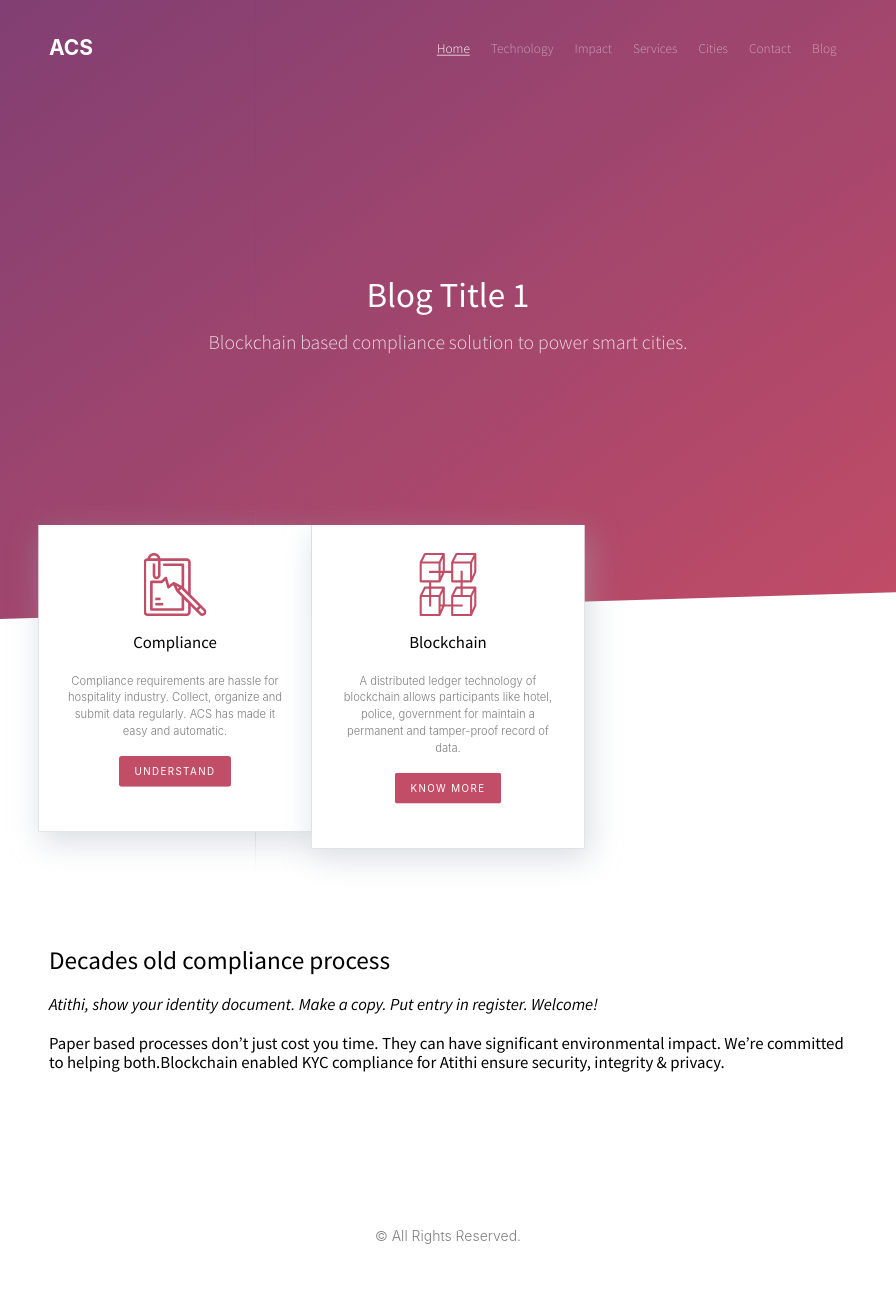
Repository: agarwalrahul-22/acs
Page: /blog
The author's editor kept a copy of each file at every save. The page is drawn from the files as they stood at one save, then again after the next save.
The browser window is 1280 px wide. The pictures show the whole page, at 70% of full size.
Some web fonts or font styles are not loaded; a fallback is used. The project was rebuilt for these pictures with package versions that can differ from the ones it lists, and the page was loaded fresh each time. Also part of the build but not shown: src/components/main/LandingComponent.js, src/components/main/TechComponent.js, src/components/main/ImpactComponent.js, src/components/main/ServicesComponent.js, src/components/main/CitiesComponent.js, src/components/MainComponent.js.

Above is the page before, as saved 2022-10-10 21:08:13.

### public/index.html
<!DOCTYPE html>
<html lang="en">
  <head>
    <meta charset="utf-8" />
    <link rel="icon" href="%PUBLIC_URL%/favicon.ico" />
    <meta name="viewport" content="width=device-width, initial-scale=1" />
    <meta name="theme-color" content="#000000" />
    <meta name="description" content="Blockchain based Atithi Compliance System" />
    <link rel="apple-touch-icon" href="%PUBLIC_URL%/logo192.png" />
    <link href='https://fonts.googleapis.com/css?family=Source+Sans+Pro:400,300,600,400italic,700' rel='stylesheet'
      type='text/css'>
    <link rel="stylesheet" href="css/animate.css">
    <link rel="stylesheet" href="css/icomoon.css">
    <link rel="stylesheet" href="css/simple-line-icons.css">
    <link rel="stylesheet" href="css/magnific-popup.css">
    <link rel="stylesheet" href="css/bootstrap.css">
    <link rel="stylesheet" href="css/style3.css">
    <!--
      manifest.json provides metadata used when your web app is installed on a
      user's mobile device or desktop. See https://developers.google.com/web/fundamentals/web-app-manifest/
    -->
    <link rel="manifest" href="%PUBLIC_URL%/manifest.json" />
    <!--
      Notice the use of %PUBLIC_URL% in the tags above.
      It will be replaced with the URL of the `public` folder during the build.
      Only files inside the `public` folder can be referenced from the HTML.

      Unlike "/favicon.ico" or "favicon.ico", "%PUBLIC_URL%/favicon.ico" will
      work correctly both with client-side routing and a non-root public URL.
      Learn how to configure a non-root public URL by running `npm run build`.
    -->
    <title>Atithi Compliance System</title>
  </head>
  <body>
    <noscript>You need to enable JavaScript to run this app.</noscript>
    <div id="root"></div>
    <!--
      This HTML file is a template.
      If you open it directly in the browser, you will see an empty page.

      You can add webfonts, meta tags, or analytics to this file.
      The build step will place the bundled scripts into the <body> tag.

      To begin the development, run `npm start` or `yarn start`.
      To create a production bundle, use `npm run build` or `yarn build`.
    -->
  </body>
</html>

### src/components/BlogComponent.js
import React from 'react'
import report from "../images/report.svg";
import blockchain from "../images/blockchain.svg";
import img7 from "../images/img_7.jpg";
import img8 from "../images/img_8.jpg";
import img10 from "../images/img_10.jpg";
import fullimage2 from "../images/full_image_2.jpg";
function BlogComponent() {
  return (
    <div>
      <section
        id="fh5co-home"
        data-section="home"
        style={{ backgroundImage: { fullimage2 } }}
        data-stellar-background-ratio="0.5"
      >
        <div className="gradient"></div>
        <div className="container">
          <div className="text-wrap">
            <div className="text-inner">
              <h1 className="to-animate">Blog Title 1</h1>
              <h2 className="to-animate">
                Blockchain based compliance solution to power smart cities.
              </h2>
            </div>
          </div>
        </div>
        <div className="slant"></div>
      </section>
      <section id="fh5co-intro">
        <div className="container">
          <div className="row row-bottom-padded-lg">
            <div
              className="fh5co-block to-animate"
              style={{ backgroundImage: { img7 } }}
            >
              <div className="overlay-darker"></div>
              <div className="overlay"></div>
              <div className="fh5co-text">
                <img src={report} style={{ width: 90, height: 90 }} alt="" />
                <p></p>
                <h2>Compliance</h2>
                <p>
                  Compliance requirements are hassle for hospitality industry.
                  Collect, organize and submit data regularly. ACS has made it
                  easy and automatic.
                </p>
                <p>
                  <a href="#" className="btn btn-primary">
                    Understand
                  </a>
                </p>
              </div>
            </div>
            <div
              className="fh5co-block to-animate"
              style={{ backgroundImage: { img8 } }}
            >
              <div className="overlay-darker"></div>
              <div className="overlay"></div>
              <div className="fh5co-text">
                <img
                  src={blockchain}
                  style={{ width: 90, height: 90 }}
                  alt=""
                />
                <p></p>
                <h2>Blockchain</h2>
                <p>
                  A distributed ledger technology of blockchain allows
                  participants like hotel, police, government for maintain a
                  permanent and tamper-proof record of data.
                </p>
                <p>
                  <a href="#" className="btn btn-primary">
                    Know More
                  </a>
                </p>
              </div>
            </div>

          </div>
          <div>
            <h1>Decades old compliance process</h1>
            <h3>
              <i>
                Atithi, show your identity document. Make a copy. Put entry in
                register. Welcome!
              </i>
            </h3>
            <h3>
              Paper based processes don’t just cost you time. They can have
              significant environmental impact. We’re committed to helping
              both.Blockchain enabled KYC compliance for Atithi ensure security,
              integrity & privacy.
            </h3>
          </div>
        </div>
      </section>
    </div>
  );
}

export default BlogComponent;

### public/css/simple-line-icons.css
@font-face {
  font-family: 'simple-line-icons';
  src:  url('../fonts/simple-line-icons/Simple-Line-Icons.eot?v=2.2.2');
  src:  url('../fonts/simple-line-icons/Simple-Line-Icons.eot?#iefix&v=2.2.2') format('embedded-opentype'),
        url('../fonts/simple-line-icons/Simple-Line-Icons.ttf?v=2.2.2') format('truetype'),
        url('../fonts/simple-line-icons/Simple-Line-Icons.woff2?v=2.2.2') format('woff2'),
        url('../fonts/simple-line-icons/Simple-Line-Icons.woff?v=2.2.2') format('woff'),
        url('../fonts/simple-line-icons/Simple-Line-Icons.svg?v=2.2.2#simple-line-icons') format('svg');
  font-weight: normal;
  font-style: normal;
}
/*
 Use the following CSS code if you want to have a class per icon.
 Instead of a list of all class selectors, you can use the generic [class*="icon-"] selector, but it's slower:
*/
.icon-user,
.icon-people,
.icon-user-female,
.icon-user-follow,
.icon-user-following,
.icon-user-unfollow,
.icon-login,
.icon-logout,
.icon-emotsmile,
.icon-phone,
.icon-call-end,
.icon-call-in,
.icon-call-out,
.icon-map,
.icon-location-pin,
.icon-direction,
.icon-directions,
.icon-compass,
.icon-layers,
.icon-menu,
.icon-list,
.icon-options-vertical,
.icon-options,
.icon-arrow-down,
.icon-arrow-left,
.icon-arrow-right,
.icon-arrow-up,
.icon-arrow-up-circle,
.icon-arrow-left-circle,
.icon-arrow-right-circle,
.icon-arrow-down-circle,
.icon-check,
.icon-clock,
.icon-plus,
.icon-close,
.icon-trophy,
.icon-screen-smartphone,
.icon-screen-desktop,
.icon-plane,
.icon-notebook,
.icon-mustache,
.icon-mouse,
.icon-magnet,
.icon-energy,
.icon-disc,
.icon-cursor,
.icon-cursor-move,
.icon-crop,
.icon-chemistry,
.icon-speedometer,
.icon-shield,
.icon-screen-tablet,
.icon-magic-wand,
.icon-hourglass,
.icon-graduation,
.icon-ghost,
.icon-game-controller,
.icon-fire,
.icon-eyeglass,
.icon-envelope-open,
.icon-envelope-letter,
.icon-bell,
.icon-badge,
.icon-anchor,
.icon-wallet,
.icon-vector,
.icon-speech,
.icon-puzzle,
.icon-printer,
.icon-present,
.icon-playlist,
.icon-pin,
.icon-picture,
.icon-handbag,
.icon-globe-alt,
.icon-globe,
.icon-folder-alt,
.icon-folder,
.icon-film,
.icon-feed,
.icon-drop,
.icon-drawar,
.icon-docs,
.icon-doc,
.icon-diamond,
.icon-cup,
.icon-calculator,
.icon-bubbles,
.icon-briefcase,
.icon-book-open,
.icon-basket-loaded,
.icon-basket,
.icon-bag,
.icon-action-undo,
.icon-action-redo,
.icon-wrench,
.icon-umbrella,
.icon-trash,
.icon-tag,
.icon-support,
.icon-frame,
.icon-size-fullscreen,
.icon-size-actual,
.icon-shuffle,
.icon-share-alt,
.icon-share,
.icon-rocket,
.icon-question,
.icon-pie-chart,
.icon-pencil,
.icon-note,
.icon-loop,
.icon-home,
.icon-grid,
.icon-graph,
.icon-microphone,
.icon-music-tone-alt,
.icon-music-tone,
.icon-earphones-alt,
.icon-earphones,
.icon-equalizer,
.icon-like,
.icon-dislike,
.icon-control-start,
.icon-control-rewind,
.icon-control-play,
.icon-control-pause,
.icon-control-forward,
.icon-control-end,
.icon-volume-1,
.icon-volume-2,
.icon-volume-off,
.icon-calendar,
.icon-bulb,
.icon-chart,
.icon-ban,
.icon-bubble,
.icon-camrecorder,
.icon-camera,
.icon-cloud-download,
.icon-cloud-upload,
.icon-envelope,
.icon-eye,
.icon-flag,
.icon-heart,
.icon-info,
.icon-key,
.icon-link,
.icon-lock,
.icon-lock-open,
.icon-magnifier,
.icon-magnifier-add,
.icon-magnifier-remove,
.icon-paper-clip,
.icon-paper-plane,
.icon-power,
.icon-refresh,
.icon-reload,
.icon-settings,
.icon-star,
.icon-symble-female,
.icon-symbol-male,
.icon-target,
.icon-credit-card,
.icon-paypal,
.icon-social-tumblr,
.icon-social-twitter,
.icon-social-facebook,
.icon-social-instagram,
.icon-social-linkedin,
.icon-social-pinterest,
.icon-social-github,
.icon-social-gplus,
.icon-social-reddit,
.icon-social-skype,
.icon-social-dribbble,
.icon-social-behance,
.icon-social-foursqare,
.icon-social-soundcloud,
.icon-social-spotify,
.icon-social-stumbleupon,
.icon-social-youtube,
.icon-social-dropbox {
  font-family: 'simple-line-icons';
  speak: none;
  font-style: normal;
  font-weight: normal;
  font-variant: normal;
  text-transform: none;
  line-height: 1;
  /* Better Font Rendering =========== */
  -webkit-font-smoothing: antialiased;
  -moz-osx-font-smoothing: grayscale;
}
.icon-user:before {
  content: "\e005";
}
.icon-people:before {
  content: "\e001";
}
.icon-user-female:before {
  content: "\e000";
}
.icon-user-follow:before {
  content: "\e002";
}
.icon-user-following:before {
  content: "\e003";
}
.icon-user-unfollow:before {
  content: "\e004";
}
.icon-login:before {
  content: "\e066";
}
.icon-logout:before {
  content: "\e065";
}
.icon-emotsmile:before {
  content: "\e021";
}
.icon-phone:before {
  content: "\e600";
}
.icon-call-end:before {
  content: "\e048";
}
.icon-call-in:before {
  content: "\e047";
}
.icon-call-out:before {
  content: "\e046";
}
.icon-map:before {
  content: "\e033";
}
.icon-location-pin:before {
  content: "\e096";
}
.icon-direction:before {
  content: "\e042";
}
.icon-directions:before {
  content: "\e041";
}
.icon-compass:before {
  content: "\e045";
}
.icon-layers:before {
  content: "\e034";
}
.icon-menu:before {
  content: "\e601";
}
.icon-list:before {
  content: "\e067";
}
.icon-options-vertical:before {
  content: "\e602";
}
.icon-options:before {
  content: "\e603";
}
.icon-arrow-down:before {
  content: "\e604";
}
.icon-arrow-left:before {
  content: "\e605";
}
.icon-arrow-right:before {
  content: "\e606";
}
.icon-arrow-up:before {
  content: "\e607";
}
.icon-arrow-up-circle:before {
  content: "\e078";
}
.icon-arrow-left-circle:before {
  content: "\e07a";
}
.icon-arrow-right-circle:before {
  content: "\e079";
}
.icon-arrow-down-circle:before {
  content: "\e07b";
}
.icon-check:before {
  content: "\e080";
}
.icon-clock:before {
  content: "\e081";
}
.icon-plus:before {
  content: "\e095";
}
.icon-close:before {
  content: "\e082";
}
.icon-trophy:before {
  content: "\e006";
}
.icon-screen-smartphone:before {
  content: "\e010";
}
.icon-screen-desktop:before {
  content: "\e011";
}
.icon-plane:before {
  content: "\e012";
}
.icon-notebook:before {
  content: "\e013";
}
.icon-mustache:before {
  content: "\e014";
}
.icon-mouse:before {
  content: "\e015";
}
.icon-magnet:before {
  content: "\e016";
}
.icon-energy:before {
  content: "\e020";
}
.icon-disc:before {
  content: "\e022";
}
.icon-cursor:before {
  content: "\e06e";
}
.icon-cursor-move:before {
  content: "\e023";
}
.icon-crop:before {
  content: "\e024";
}
.icon-chemistry:before {
  content: "\e026";
}
.icon-speedometer:before {
  content: "\e007";
}
.icon-shield:before {
  content: "\e00e";
}
.icon-screen-tablet:before {
  content: "\e00f";
}
.icon-magic-wand:before {
  content: "\e017";
}
.icon-hourglass:before {
  content: "\e018";
}
.icon-graduation:before {
  content: "\e019";
}
.icon-ghost:before {
  content: "\e01a";
}
.icon-game-controller:before {
  content: "\e01b";
}
.icon-fire:before {
  content: "\e01c";
}
.icon-eyeglass:before {
  content: "\e01d";
}
.icon-envelope-open:before {
  content: "\e01e";
}
.icon-envelope-letter:before {
  content: "\e01f";
}
.icon-bell:before {
  content: "\e027";
}
.icon-badge:before {
  content: "\e028";
}
.icon-anchor:before {
  content: "\e029";
}
.icon-wallet:before {
  content: "\e02a";
}
.icon-vector:before {
  content: "\e02b";
}
.icon-speech:before {
  content: "\e02c";
}
.icon-puzzle:before {
  content: "\e02d";
}
.icon-printer:before {
  content: "\e02e";
}
.icon-present:before {
  content: "\e02f";
}
.icon-playlist:before {
  content: "\e030";
}
.icon-pin:before {
  content: "\e031";
}
.icon-picture:before {
  content: "\e032";
}
.icon-handbag:before {
  content: "\e035";
}
.icon-globe-alt:before {
  content: "\e036";
}
.icon-globe:before {
  content: "\e037";
}
.icon-folder-alt:before {
  content: "\e039";
}
.icon-folder:before {
  content: "\e089";
}
.icon-film:before {
  content: "\e03a";
}
.icon-feed:before {
  content: "\e03b";
}
.icon-drop:before {
  content: "\e03e";
}
.icon-drawar:before {
  content: "\e03f";
}
.icon-docs:before {
  content: "\e040";
}
.icon-doc:before {
  content: "\e085";
}
.icon-diamond:before {
  content: "\e043";
}
.icon-cup:before {
  content: "\e044";
}
.icon-calculator:before {
  content: "\e049";
}
.icon-bubbles:before {
  content: "\e04a";
}
.icon-briefcase:before {
  content: "\e04b";
}
.icon-book-open:before {
  content: "\e04c";
}
.icon-basket-loaded:before {
  content: "\e04d";
}
.icon-basket:before {
  content: "\e04e";
}
.icon-bag:before {
  content: "\e04f";
}
.icon-action-undo:before {
  content: "\e050";
}
.icon-action-redo:before {
  content: "\e051";
}
.icon-wrench:before {
  content: "\e052";
}
.icon-umbrella:before {
  content: "\e053";
}
.icon-trash:before {
  content: "\e054";
}
.icon-tag:before {
  content: "\e055";
}
.icon-support:before {
  content: "\e056";
}
.icon-frame:before {
  content: "\e038";
}
.icon-size-fullscreen:before {
  content: "\e057";
}
.icon-size-actual:before {
  content: "\e058";
}
.icon-shuffle:before {
  content: "\e059";
}
.icon-share-alt:before {
  content: "\e05a";
}
.icon-share:before {
  content: "\e05b";
}
.icon-rocket:before {
  content: "\e05c";
}
.icon-question:before {
  content: "\e05d";
}
.icon-pie-chart:before {
  content: "\e05e";
}
.icon-pencil:before {
  content: "\e05f";
}
.icon-note:before {
  content: "\e060";
}
.icon-loop:before {
  content: "\e064";
}
.icon-home:before {
  content: "\e069";
}
.icon-grid:before {
  content: "\e06a";
}
.icon-graph:before {
  content: "\e06b";
}
.icon-microphone:before {
  content: "\e063";
}
.icon-music-tone-alt:before {
  content: "\e061";
}
.icon-music-tone:before {
  content: "\e062";
}
.icon-earphones-alt:before {
  content: "\e03c";
}
.icon-earphones:before {
  content: "\e03d";
}
.icon-equalizer:before {
  content: "\e06c";
}
.icon-like:before {
  content: "\e068";
}
.icon-dislike:before {
  content: "\e06d";
}
.icon-control-start:before {
  content: "\e06f";
}
.icon-control-rewind:before {
  content: "\e070";
}
.icon-control-play:before {
  content: "\e071";
}
.icon-control-pause:before {
  content: "\e072";
}
.icon-control-forward:before {
  content: "\e073";
}
.icon-control-end:before {
  content: "\e074";
}
.icon-volume-1:before {
  content: "\e09f";
}
.icon-volume-2:before {
  content: "\e0a0";
}
.icon-volume-off:before {
  content: "\e0a1";
}
.icon-calendar:before {
  content: "\e075";
}
.icon-bulb:before {
  content: "\e076";
}
.icon-chart:before {
  content: "\e077";
}
.icon-ban:before {
  content: "\e07c";
}
.icon-bubble:before {
  content: "\e07d";
}
.icon-camrecorder:before {
  content: "\e07e";
}
.icon-camera:before {
  content: "\e07f";
}
.icon-cloud-download:before {
  content: "\e083";
}
.icon-cloud-upload:before {
  content: "\e084";
}
.icon-envelope:before {
  content: "\e086";
}
.icon-eye:before {
  content: "\e087";
}
.icon-flag:before {
  content: "\e088";
}
.icon-heart:before {
  content: "\e08a";
}
.icon-info:before {
  content: "\e08b";
}
.icon-key:before {
  content: "\e08c";
}
.icon-link:before {
  content: "\e08d";
}
.icon-lock:before {
  content: "\e08e";
}
.icon-lock-open:before {
  content: "\e08f";
}
.icon-magnifier:before {
  content: "\e090";
}
.icon-magnifier-add:before {
  content: "\e091";
}
.icon-magnifier-remove:before {
  content: "\e092";
}
.icon-paper-clip:before {
  content: "\e093";
}
.icon-paper-plane:before {
  content: "\e094";
}
.icon-power:before {
  content: "\e097";
}
.icon-refresh:before {
  content: "\e098";
}
.icon-reload:before {
  content: "\e099";
}
.icon-settings:before {
  content: "\e09a";
}
.icon-star:before {
  content: "\e09b";
}
.icon-symble-female:before {
  content: "\e09c";
}
.icon-symbol-male:before {
  content: "\e09d";
}
.icon-target:before {
  content: "\e09e";
}
.icon-credit-card:before {
  content: "\e025";
}
.icon-paypal:before {
  content: "\e608";
}
.icon-social-tumblr:before {
  content: "\e00a";
}
.icon-social-twitter:before {
  content: "\e009";
}
.icon-social-facebook:before {
  content: "\e00b";
}
.icon-social-instagram:before {
  content: "\e609";
}
.icon-social-linkedin:before {
  content: "\e60a";
}
.icon-social-pinterest:before {
  content: "\e60b";
}
.icon-social-github:before {
  content: "\e60c";
}
.icon-social-gplus:before {
  content: "\e60d";
}
.icon-social-reddit:before {
  content: "\e60e";
}
.icon-social-skype:before {
  content: "\e60f";
}
.icon-social-dribbble:before {
  content: "\e00d";
}
.icon-social-behance:before {
  content: "\e610";
}
.icon-social-foursqare:before {
  content: "\e611";
}
.icon-social-soundcloud:before {
  content: "\e612";
}
.icon-social-spotify:before {
  content: "\e613";
}
.icon-social-stumbleupon:before {
  content: "\e614";
}
.icon-social-youtube:before {
  content: "\e008";
}
.icon-social-dropbox:before {
  content: "\e00c";
}

Loaded but not shown: src/index.js (common file); src/index.css (common file); src/reportWebVitals.js (common file); public/css/animate.css (library); public/css/icomoon.css (common file); public/css/magnific-popup.css (library); public/css/bootstrap.css (library); src/components/HeaderComponent.js (68 lines, source omitted); src/App.js (35 lines, source omitted); src/components/FooterComponent.js (20 lines, source omitted); public/css/style3.css (1411 lines, source omitted)

After the next save:
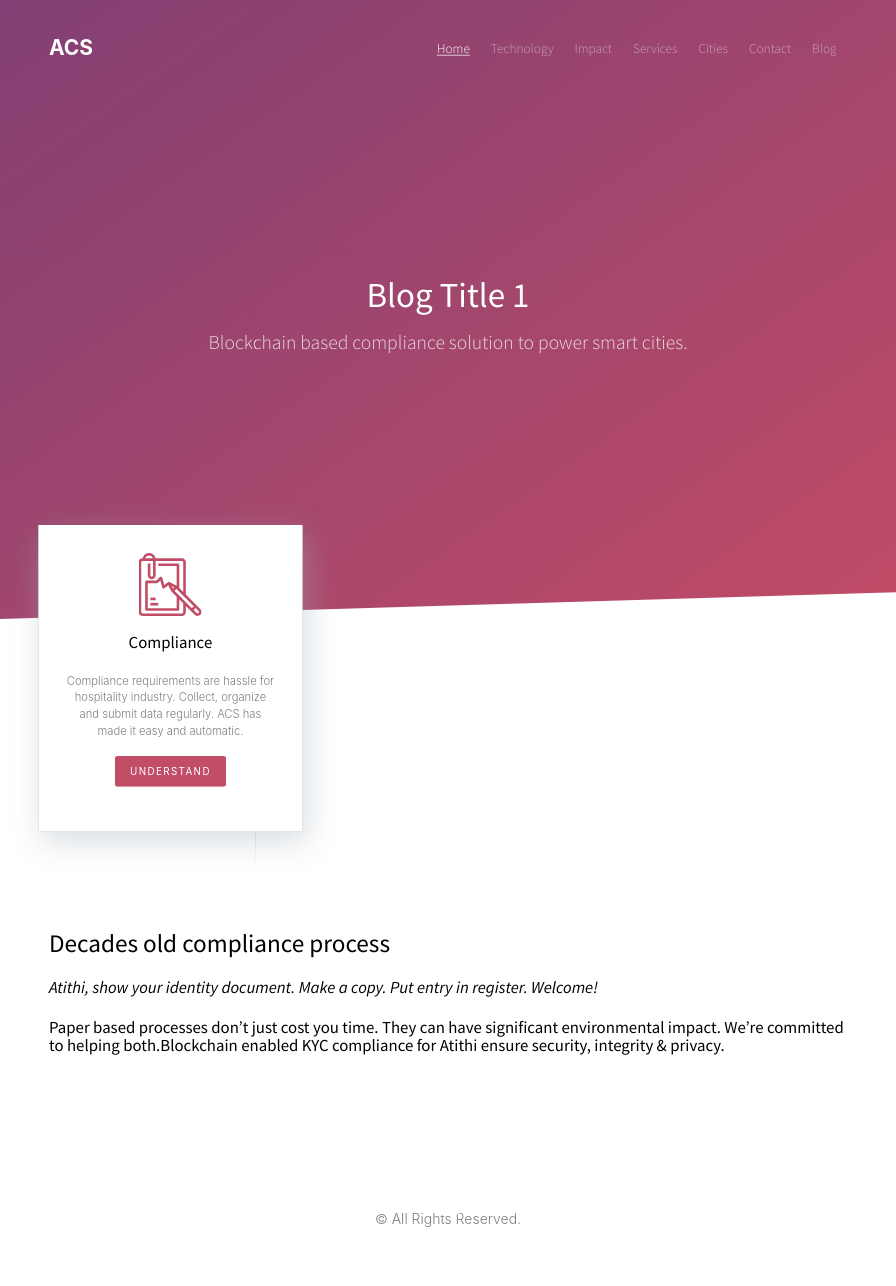
Saved 21 s later.
--- a/src/components/BlogComponent.js
+++ b/src/components/BlogComponent.js
@@ -52,33 +52,6 @@ function BlogComponent() {
                 </p>
               </div>
             </div>
-            <div
-              className="fh5co-block to-animate"
-              style={{ backgroundImage: { img8 } }}
-            >
-              <div className="overlay-darker"></div>
-              <div className="overlay"></div>
-              <div className="fh5co-text">
-                <img
-                  src={blockchain}
-                  style={{ width: 90, height: 90 }}
-                  alt=""
-                />
-                <p></p>
-                <h2>Blockchain</h2>
-                <p>
-                  A distributed ledger technology of blockchain allows
-                  participants like hotel, police, government for maintain a
-                  permanent and tamper-proof record of data.
-                </p>
-                <p>
-                  <a href="#" className="btn btn-primary">
-                    Know More
-                  </a>
-                </p>
-              </div>
-            </div>
-
           </div>
           <div>
             <h1>Decades old compliance process</h1>
